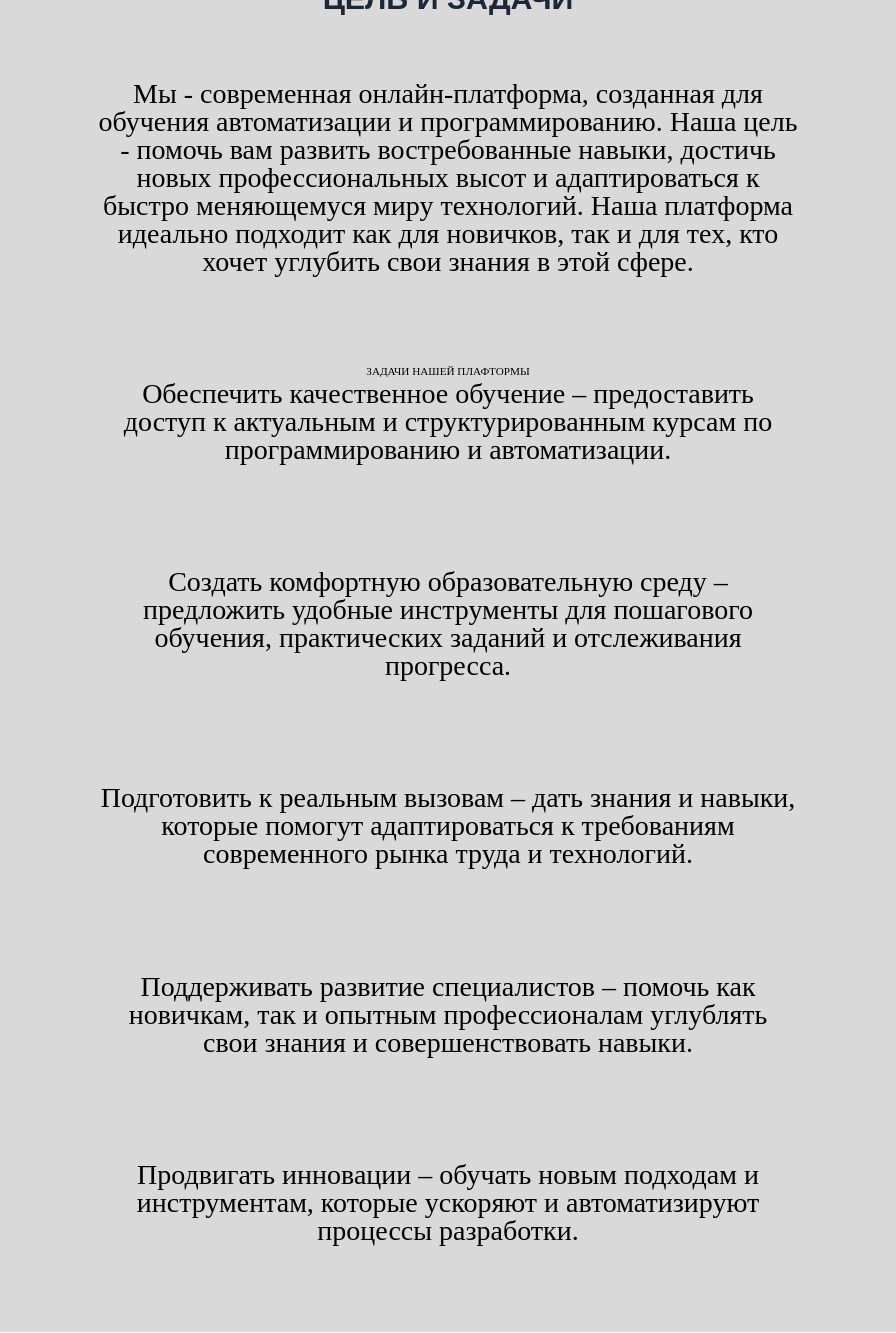
Repository: marjango/course
Page: /aboutus
The author's editor kept a copy of each file at every save. The page is drawn from the files as they stood at one save, then again after the next save.
The browser window is 1280 px wide. The pictures show the part of the page from y = 1398 to 3318 px (the page is 3302 px tall before and 3318 px after), at 70% of full size.
The project was rebuilt for these pictures with package versions that can differ from the ones it lists, and the page was loaded fresh each time. The framework's server and built-in components were replaced by stand-ins that run in the browser. Also part of the build but not shown: next.config.ts.

Above is the page before, as saved 2025-03-26 22:28:44.

### app/layout.tsx
import type { Metadata } from "next";
import "./globals.css";
import './fonts.css';


export const metadata: Metadata = {
  title: "сourse",
  description: "it course",
};

export default function RootLayout({
  children,
}: Readonly<{
  children: React.ReactNode;
}>) {
  return (
    <html lang="en">
      <body

      >
        {children}
      </body>
    </html>
  );
}

### app/aboutus/page.tsx
import React from "react";
import s from "./aboutus.module.css";

import Link from "next/link";

const aboutus = () => {
  return (
    <>
      <div className={s.aboutus}>
        <div className={s.headerContainer}>
          <Link href="/" className={s.logo}>
            logo
          </Link>

          <div className={s.nav}>
            <Link href="#">Обучение</Link>
            <Link href="/coursespage">Курсы</Link>
            <Link href="/pricepage">Цены</Link>
            <Link href="#">О нас</Link>
            <Link href="#">Контакты</Link>
          </div>

          <Link href="#" className={s.personal}>
            Личный кабинет
          </Link>
        </div>
        <h1>кто мы такие?</h1>
        <p>
          образовательная онлайн-платформа, помогающая <br/> осваивать
          программирование и автоматизацию.
        </p>
      </div>
      <div className={s.aims}>
        <h1>цель и задачи</h1>
        <p>
          Мы - современная онлайн-платформа, созданная для обучения
          автоматизации и программированию. Наша цель - помочь вам развить
          востребованные навыки, достичь новых профессиональных высот и
          адаптироваться к быстро меняющемуся миру технологий. Наша платформа
          идеально подходит как для новичков, так и для тех, кто хочет углубить
          свои знания в этой сфере.
        </p>
        <h3>ЗАДАЧИ НАШЕЙ ПЛАФТОРМЫ</h3>
        <p>
          Обеспечить качественное обучение – предоставить доступ к актуальным и
          структурированным курсам по программированию и автоматизации.
        </p>
        <br />
        <p>
          Создать комфортную образовательную среду – предложить удобные
          инструменты для пошагового обучения, практических заданий и
          отслеживания прогресса.
        </p>
        <br />
        <p>
          Подготовить к реальным вызовам – дать знания и навыки, которые помогут
          адаптироваться к требованиям современного рынка труда и технологий.
        </p>
        <br />
        <p>
          Поддерживать развитие специалистов – помочь как новичкам, так и
          опытным профессионалам углублять свои знания и совершенствовать
          навыки.
        </p>
        <br />
        <p>
          Продвигать инновации – обучать новым подходам и инструментам, которые
          ускоряют и автоматизируют процессы разработки.
        </p>
      </div>
    </>
  );
};

export default aboutus;

### app/globals.css
@import "tailwindcss";

* {
  font-family: 'Doloman Pavljenko';
}

h1 {
  font-family: 'Intro Friday', sans-serif;
  font-size: 3.39vw;
  line-height: 1.2;
  color: white;
  font-weight: bold;
  text-transform: uppercase;
}

### app/fonts.css
@font-face {
    font-family: 'Doloman Pavljenko';
    src: url("/public/fonts/DolomanPavljenko.otf") format('otf'),
    url("/public/fonts/DolomanPavljenko.otf") format('otf');
    font-weight: normal;
    font-style: normal;
  }

   @font-face {
     font-family: "Intro Friday";
     src: url("/public/fonts/Intro\ Friday\ Regular.ttf") format("ttf"),
     url("/public/fonts/Intro\ Friday\ Regular.ttf") format("ttf");
     font-weight: normal;
     font-style: normal;
   }

### app/aboutus/aboutus.module.css
.aboutus {
    width: 100%;
    height: 1280px;
    padding: 7.03vw 7.29vw 15.63vw 7.29vw;
    display: flex;
    flex-direction: column;
    align-items: center;
    color: white;
    border-bottom-right-radius: 4.17vw;
    border-bottom-left-radius: 4.17vw;
    background-color: #1B2838;
}

.aboutus::before {
  content: "";
  position: absolute;
  top: 0;
  left: 0;
  width: 100%;
  height: 100%;
  background-image: url(./background.svg);
  background-size: cover;
  background-position: center;
  background-repeat: no-repeat;
  opacity: 0.4;
  z-index: 1;
  pointer-events: none; /* Отключаем события мыши */
}

.headerContainer {
    background: transparent;
    display: flex;
    justify-content: space-between;
    align-items: center;
    width: 100%;
}

.logo {
    padding: 0.52vw 1.35vw;
    background-color: #d9d9d9;
    border: none;
    border-radius: 1.51vw;
    color: #064b9b;
    font-size: 2.08vw;
    line-height: 2.08vw;
    font-weight: 300;
}

.nav {
    margin-left: 17.08vw;
    justify-self: center;
    font-size: 1.82vw;
    font-weight: 300;
    display: flex;
    gap: 3.8vw;
}

.personal {
    margin-left: 5.57vw;
    background-color: #d9d9d9;
    width: 12.66vw;
    height: 3.13vw;
    display: flex;
    justify-content: center;
    align-items: center;
    border: none;
    border-radius: 1.51vw;
    color: black;
    font-size: 1.8vw;
    line-height: 1.8vw;
    font-weight: 300;
}

.aboutus h1{
    margin-top: 395px;
    font-size: 99px;
}
.aboutus p{
    margin-top: 50px;
    font-size: 40px;
    max-width: 1270px;
    text-align: center;
    font-size: 40px;
}

.aims {
    background-color: #d9d9d9;
    display: flex;
    flex-direction: column;
    align-items: center;
    padding: 0 140px;
}
.aims h1 {
    margin: 90px 0;
    color: #1B2838;
}
.aims p{
    font-size: 40px;
    line-height: 40px;
    text-align: center;
    margin-bottom: 125px;
}
.aims h3{

}

After the next save:
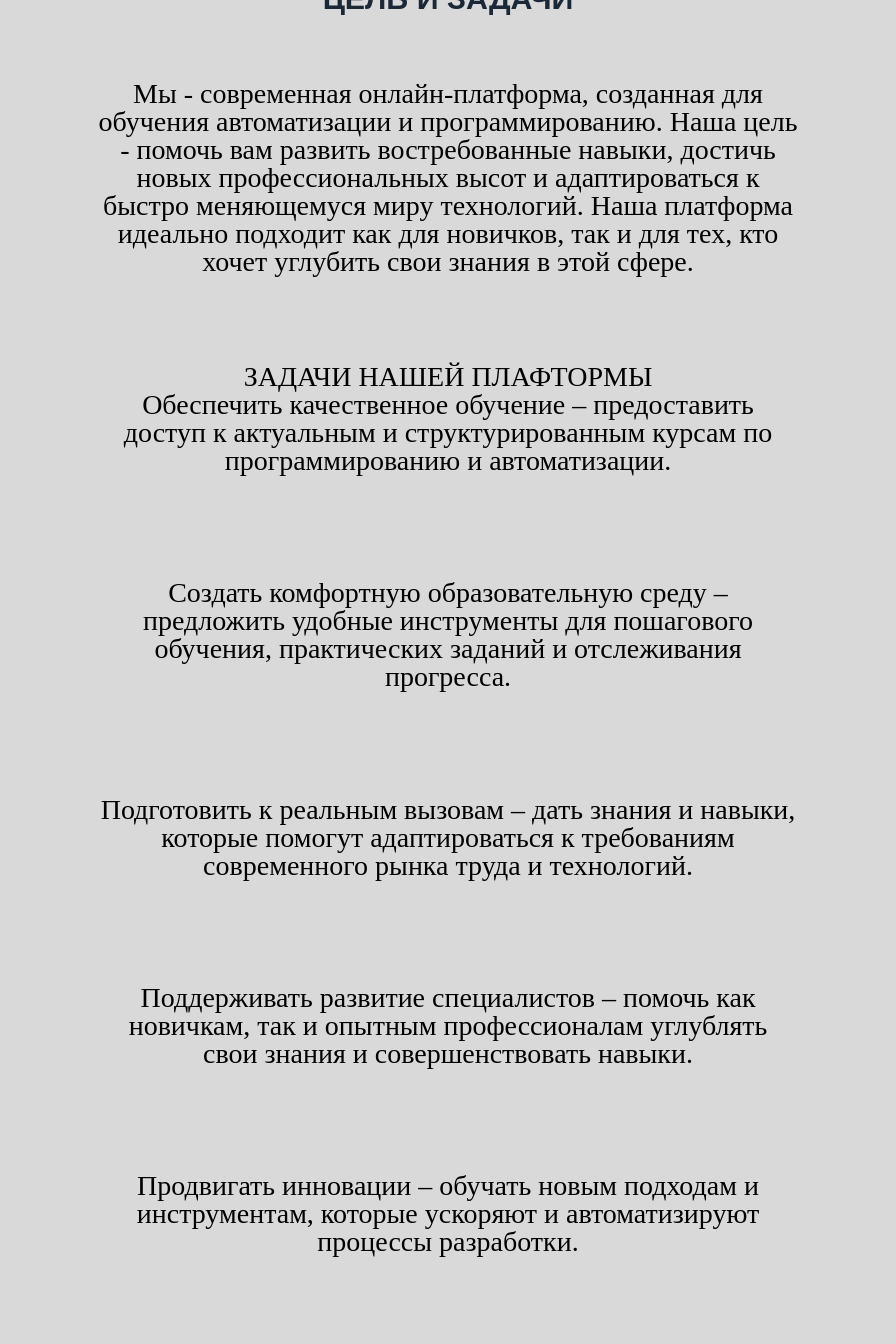
Saved 16 s later.
--- a/app/aboutus/aboutus.module.css
+++ b/app/aboutus/aboutus.module.css
@@ -101,5 +101,6 @@
     margin-bottom: 125px;
 }
 .aims h3{
-
+    font-size: 40px;
+    line-height: 40px;
 }
